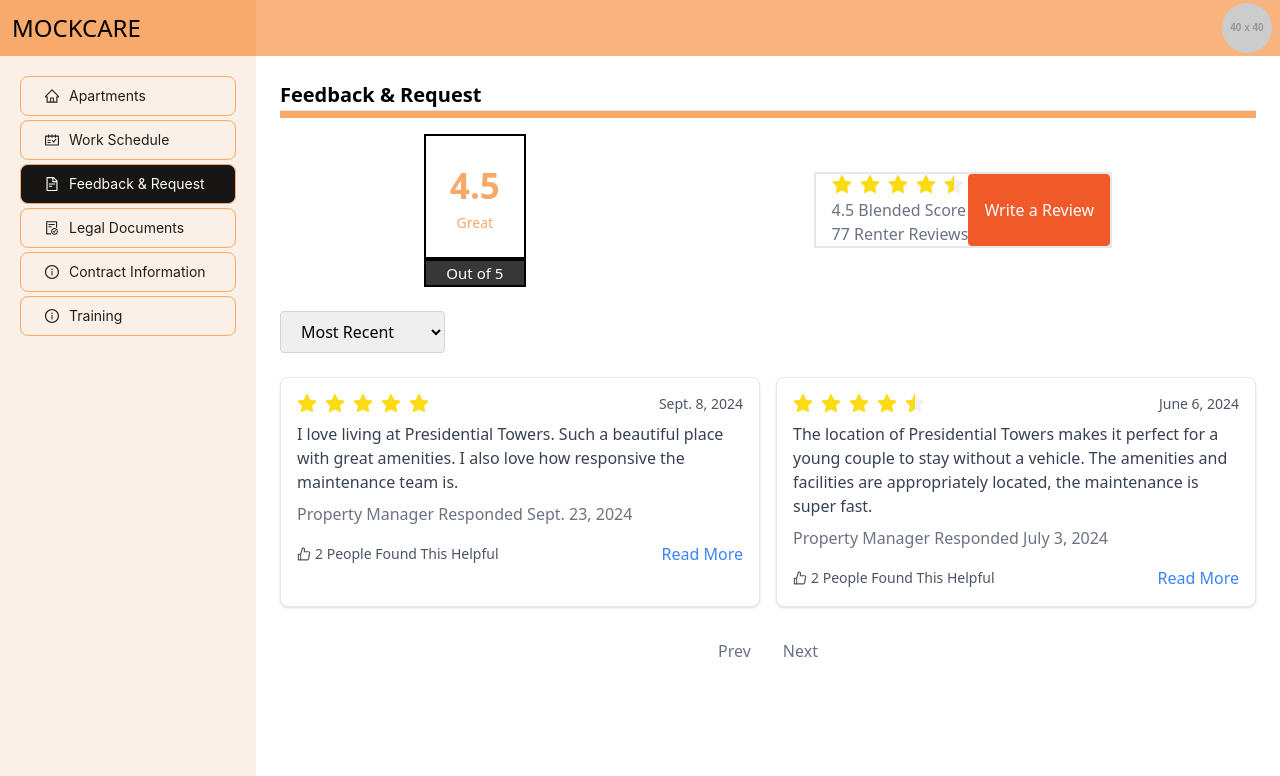
Repository: dunh-real/MockProject_102024_Nhom4
Page: / (app in frontend/)
The author's editor kept a copy of each file at every save. The page is drawn from the files as they stood at one save, then again after the next save.
The browser window is 1280 px wide. The pictures show the whole page.
The project was rebuilt for these pictures with package versions that can differ from the ones it lists, and the page was loaded fresh each time. Also part of the build but not shown: frontend/vite.config.js, frontend/vite.config.ts, frontend/src/App.css, frontend/src/component/ReviewModal.tsx.

Above is the page before, as saved 2024-10-09 13:14:08.

After the next save:
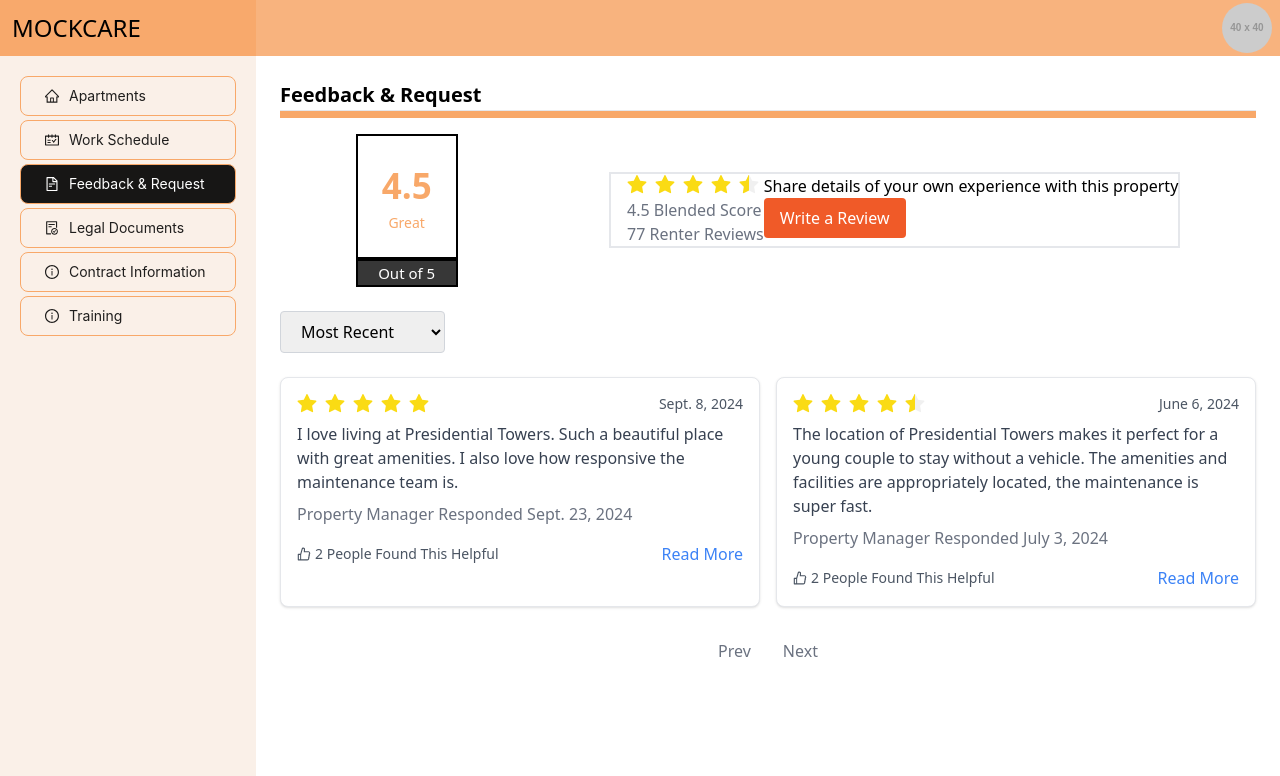
Saved 82 s later.
--- a/frontend/src/pages/Feedback&Request/Feedback&Request.tsx
+++ b/frontend/src/pages/Feedback&Request/Feedback&Request.tsx
@@ -81,12 +81,16 @@ const ReviewList: React.FC = () => {
                                 <div className="text-gray-500">4.5 Blended Score</div>
                                 <div className="text-gray-500">77 Renter Reviews</div>
                             </div>
-                            <button
-                                onClick={() => setShowModal(true)}
-                                className="bg-[#f05a28] text-white px-4 py-2 rounded hover:bg-[#f25f30]"
-                            >
-                                Write a Review
-                            </button>
+                            <div>
+                                <p>Share details of your own experience
+                                with this property</p>
+                                <button
+                                    onClick={() => setShowModal(true)}
+                                    className="bg-[#f05a28] text-white px-4 py-2 rounded hover:bg-[#f25f30]"
+                                >
+                                    Write a Review
+                                </button>
+                            </div>
                         </div>
                     </div>
                     <div className="mb-6 flex justify-between">
